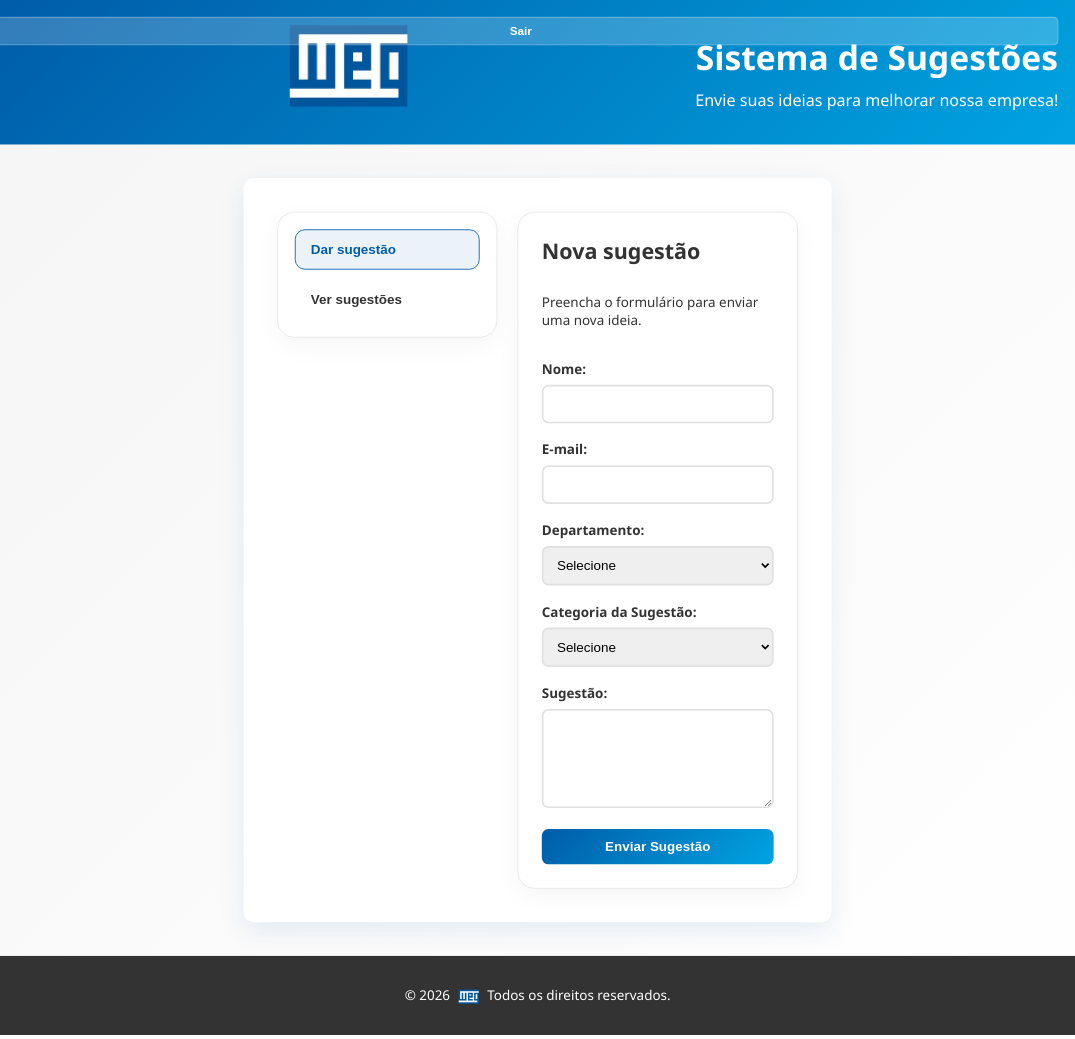
Repository: joaovg1/trabalhoideiasweg
Page: frontend/suggestions.html
An editor plug-in stored every save of this project. The page is shown before and after the next save, followed by the edit.
The browser window is 1280 px wide. The pictures show the whole page, at 84% of full size.
The page's requests for data from a server got no answer.

Above is the page before, as saved 2026-04-16 19:03:01.

### frontend/suggestions.html
<!DOCTYPE html>
<html lang="pt-BR">
<head>
    <meta charset="UTF-8">
    <meta name="viewport" content="width=device-width, initial-scale=1.0">
    <title>Sugestões - Sistema de Sugestões WEG</title>
    <link rel="stylesheet" href="style.css">
</head>
<body>
    <header>
        <div class="header-brand">
            <img class="logo-img" src="logo.png" alt="WEG">
            <div class="header-text">
                <h1>Sistema de Sugestões</h1>
                <p>Envie suas ideias para melhorar nossa empresa!</p>
            </div>
        </div>
        <button id="logout" class="logout-btn">Sair</button>
    </header>
    <main class="page-layout">
        <aside class="sidebar">
            <button class="sidebar-btn active" data-target="suggestionSection">Dar sugestão</button>
            <button class="sidebar-btn" data-target="viewSection">Ver sugestões</button>
            <button id="adminMenuBtn" class="sidebar-btn hidden" data-target="adminPanel">Dar permissão de admin</button>
        </aside>
        <section class="page-content">
            <section id="suggestionSection" class="content-section">
                <div class="section-header">
                    <h2>Nova sugestão</h2>
                    <p>Preencha o formulário para enviar uma nova ideia.</p>
                </div>
                <form id="suggestionForm" action="/submit-suggestion" method="POST">
                    <div class="form-group">
                        <label for="name">Nome:</label>
                        <input type="text" id="name" name="name" required>
                    </div>
                    <div class="form-group">
                        <label for="email">E-mail:</label>
                        <input type="email" id="email" name="email" required>
                    </div>
                    <div class="form-group">
                        <label for="department">Departamento:</label>
                        <select id="department" name="department">
                            <option value="">Selecione</option>
                            <option value="rh">Recursos Humanos</option>
                            <option value="ti">Tecnologia da Informação</option>
                            <option value="vendas">Vendas</option>
                            <option value="marketing">Marketing</option>
                            <option value="financeiro">Financeiro</option>
                            <option value="outros">Outros</option>
                        </select>
                    </div>
                    <div class="form-group">
                        <label for="category">Categoria da Sugestão:</label>
                        <select id="category" name="category" required>
                            <option value="">Selecione</option>
                            <option value="processos">Melhoria de Processos</option>
                            <option value="produtos">Novos Produtos/Serviços</option>
                            <option value="ambiente">Ambiente de Trabalho</option>
                            <option value="tecnologia">Tecnologia</option>
                            <option value="outros">Outros</option>
                        </select>
                    </div>
                    <div class="form-group">
                        <label for="suggestion">Sugestão:</label>
                        <textarea id="suggestion" name="suggestion" rows="5" required></textarea>
                    </div>
                    <button type="submit">Enviar Sugestão</button>
                </form>
            </section>

            <section id="viewSection" class="content-section hidden">
                <div class="section-header">
                    <h2>Últimas sugestões</h2>
                    <p>Aqui você vê as sugestões já enviadas com o nome do colaborador.</p>
                </div>
                <div id="suggestionCards" class="suggestion-cards">
                    <p class="empty-state">Carregando sugestões...</p>
                </div>
            </section>

            <section id="adminPanel" class="content-section admin-panel hidden">
                <div class="section-header">
                    <h2>Painel de Administrador</h2>
                    <p>Somente administradores podem promover outros usuários a admin.</p>
                </div>
                <form id="adminForm">
                    <div class="form-group">
                        <label for="adminEmail">E-mail do usuário:</label>
                        <input type="email" id="adminEmail" name="email" required>
                    </div>
                    <button type="submit">Promover a Admin</button>
                    <div id="adminMessage" class="message"></div>
                </form>
            </section>
        </section>
    </main>
    <footer>
        <p>&copy; 2026 <img class="footer-logo" src="logo.png" alt="WEG"> Todos os direitos reservados.</p>
    </footer>
    <script src="script.js"></script>
</body>
</html>

### frontend/style.css
/* WEG Colors */
:root {
    --weg-blue: #005CA9;
    --weg-light-blue: #00A3E0;
    --weg-white: #FFFFFF;
    --weg-gray: #F5F5F5;
    --weg-dark-gray: #333333;
    --weg-shadow: rgba(0, 92, 169, 0.1);
}

body {
    font-family: 'Segoe UI', Tahoma, Geneva, Verdana, sans-serif;
    margin: 0;
    padding: 0;
    background: linear-gradient(135deg, var(--weg-gray) 0%, var(--weg-white) 100%);
    color: var(--weg-dark-gray);
    min-height: 100vh;
    display: flex;
    flex-direction: column;
}

/* Login Page */
.login-container {
    display: flex;
    justify-content: center;
    align-items: center;
    min-height: 100vh;
    padding: 20px;
}

.login-card {
    background: var(--weg-white);
    border-radius: 12px;
    box-shadow: 0 10px 30px var(--weg-shadow);
    padding: 40px;
    width: 100%;
    max-width: 400px;
    text-align: center;
}

.logo h1 {
    color: var(--weg-blue);
    font-size: 3em;
    margin: 0;
    font-weight: bold;
}

.logo-img {
    width: 140px;
    max-width: 100%;
    height: auto;
    display: block;
    margin: 0 auto 15px auto;
}

.logo p {
    color: var(--weg-light-blue);
    font-size: 1.2em;
    margin: 10px 0 30px 0;
}

.header-brand {
    display: flex;
    align-items: center;
    justify-content: center;
    gap: 18px;
    flex-wrap: wrap;
}

.header-brand .header-text {
    text-align: center;
}

.header-brand h1 {
    margin: 0;
    font-size: 2.5em;
}

.footer-logo {
    width: 24px;
    height: auto;
    vertical-align: middle;
    margin: 0 6px;
}

/* General Form Styles */
.form-group {
    margin-bottom: 20px;
    text-align: left;
}

label {
    display: block;
    margin-bottom: 8px;
    font-weight: 600;
    color: var(--weg-dark-gray);
}

input, select, textarea {
    width: 100%;
    padding: 12px;
    border: 2px solid #e0e0e0;
    border-radius: 8px;
    box-sizing: border-box;
    font-size: 16px;
    transition: border-color 0.3s ease;
}

input:focus, select:focus, textarea:focus {
    outline: none;
    border-color: var(--weg-blue);
    box-shadow: 0 0 0 3px rgba(0, 92, 169, 0.1);
}

textarea {
    resize: vertical;
    min-height: 100px;
}

button {
    background: linear-gradient(135deg, var(--weg-blue) 0%, var(--weg-light-blue) 100%);
    color: var(--weg-white);
    padding: 12px 24px;
    border: none;
    border-radius: 8px;
    cursor: pointer;
    font-size: 16px;
    font-weight: 600;
    width: 100%;
    transition: transform 0.2s ease, box-shadow 0.2s ease;
}

button:hover {
    transform: translateY(-2px);
    box-shadow: 0 5px 15px var(--weg-shadow);
}

.forgot-password {
    margin-top: 20px;
    font-size: 14px;
}

.forgot-password a {
    color: var(--weg-blue);
    text-decoration: none;
}

/* ... existing styles ... */

.form-section h2 {
    color: var(--weg-blue);
    margin-bottom: 20px;
}

.hidden {
    display: none;
}

.message {
    margin-top: 20px;
    font-weight: bold;
}

.toggle-link {
    margin-top: 15px;
    font-size: 14px;
}

.toggle-link a {
    color: var(--weg-blue);
    text-decoration: none;
}

..toggle-link a:hover {
    text-decoration: underline;
}

.suggestion-list {
    margin-top: 40px;
}

.page-layout {
    display: flex;
    gap: 24px;
    width: 100%;
    padding: 40px;
    box-sizing: border-box;
}

.sidebar {
    min-width: 220px;
    background: var(--weg-white);
    border: 1px solid #e5e5e5;
    border-radius: 20px;
    box-shadow: 0 10px 30px rgba(0, 0, 0, 0.04);
    padding: 20px;
    display: flex;
    flex-direction: column;
    gap: 12px;
    height: fit-content;
}

.sidebar-btn {
    background: transparent;
    border: 1px solid transparent;
    color: var(--weg-dark-gray);
    text-align: left;
    padding: 14px 18px;
    border-radius: 12px;
    font-weight: 700;
    cursor: pointer;
    transition: background 0.2s ease, border-color 0.2s ease, color 0.2s ease;
}

.sidebar-btn:hover,
.sidebar-btn.active {
    background: rgba(0, 92, 169, 0.08);
    border-color: var(--weg-blue);
    color: var(--weg-blue);
}

.page-content {
    flex: 1;
    display: flex;
    flex-direction: column;
    gap: 24px;
}

.content-section {
    background: var(--weg-white);
    border-radius: 20px;
    border: 1px solid #e5e5e5;
    box-shadow: 0 10px 30px rgba(0, 0, 0, 0.04);
    padding: 28px;
}

.section-header {
    margin-bottom: 20px;
    display: flex;
    justify-content: space-between;
    align-items: center;
    gap: 16px;
    flex-wrap: wrap;
}

.section-header h2 {
    margin: 0;
    font-size: 1.6rem;
    color: var(--weg-dark-gray);
}

.suggestion-cards {
    display: grid;
    gap: 18px;
}

.suggestion-card {
    background: #f8fbff;
    border: 1px solid #d7e7f7;
    border-radius: 12px;
    padding: 18px;
}

.suggestion-meta {
    display: flex;
    justify-content: space-between;
    gap: 16px;
    flex-wrap: wrap;
    margin-bottom: 12px;
}

.suggestion-name {
    font-weight: 700;
    color: var(--weg-blue);
}

.suggestion-category {
    color: var(--weg-light-blue);
    font-weight: 600;
}

.suggestion-text {
    margin: 0 0 12px 0;
    color: var(--weg-dark-gray);
}

.suggestion-footer {
    display: flex;
    flex-wrap: wrap;
    gap: 14px;
    color: #5d6d7b;
    font-size: 0.95rem;
}

.empty-state {
    color: #5d6d7b;
    font-size: 1rem;
    padding: 20px 0;
    text-align: center;
}

/* Suggestions Page */
header {
    background: linear-gradient(135deg, var(--weg-blue) 0%, var(--weg-light-blue) 100%);
    color: var(--weg-white);
    text-align: center;
    padding: 30px 20px;
    position: relative;
}

header h1 {
    margin: 0;
    font-size: 2.5em;
    font-weight: bold;
}

header p {
    font-size: 1.2em;
    margin: 10px 0 0 0;
}

.logout-btn {
    position: absolute;
    top: 20px;
    right: 20px;
    background: rgba(255, 255, 255, 0.2);
    color: var(--weg-white);
    border: 1px solid rgba(255, 255, 255, 0.3);
    padding: 8px 16px;
    border-radius: 6px;
    cursor: pointer;
    font-size: 14px;
    transition: background 0.3s ease;
}

.logout-btn:hover {
    background: rgba(255, 255, 255, 0.3);
}

main {
    max-width: 700px;
    margin: 40px auto;
    padding: 30px;
    background: var(--weg-white);
    border-radius: 12px;
    box-shadow: 0 10px 30px var(--weg-shadow);
    flex: 1;
}

footer {
    text-align: center;
    padding: 20px;
    background: var(--weg-dark-gray);
    color: var(--weg-white);
    margin-top: auto;
}

### frontend/script.js
// Toggle between login and register forms
if (document.getElementById('showRegister')) {
    document.getElementById('showRegister').addEventListener('click', function(e) {
        e.preventDefault();
        document.getElementById('loginForm').classList.add('hidden');
        document.getElementById('registerForm').classList.remove('hidden');
        document.getElementById('message').textContent = '';
    });
}

if (document.getElementById('showLogin')) {
    document.getElementById('showLogin').addEventListener('click', function(e) {
        e.preventDefault();
        document.getElementById('registerForm').classList.add('hidden');
        document.getElementById('loginForm').classList.remove('hidden');
        document.getElementById('message').textContent = '';
    });
}

// Login functionality
if (document.getElementById('login')) {
    document.getElementById('login').addEventListener('submit', async function(event) {
        event.preventDefault();

        const formData = new FormData(this);
        const data = Object.fromEntries(formData);

        try {
            const response = await fetch('/login', {
                method: 'POST',
                headers: {
                    'Content-Type': 'application/json',
                },
                body: JSON.stringify(data),
            });

            const result = await response.json();

            if (response.ok) {
                window.location.href = '/suggestions';
            } else {
                document.getElementById('message').textContent = result.error;
                document.getElementById('message').style.color = 'red';
            }
        } catch (error) {
            document.getElementById('message').textContent = 'Erro de conexão.';
            document.getElementById('message').style.color = 'red';
        }
    });
}

// Register functionality
if (document.getElementById('register')) {
    document.getElementById('register').addEventListener('submit', async function(event) {
        event.preventDefault();

        const formData = new FormData(this);
        const data = Object.fromEntries(formData);

        try {
            const response = await fetch('/register', {
                method: 'POST',
                headers: {
                    'Content-Type': 'application/json',
                },
                body: JSON.stringify(data),
            });

            const result = await response.json();

            if (response.ok) {
                document.getElementById('message').textContent = 'Conta criada com sucesso! Faça login.';
                document.getElementById('message').style.color = 'green';
                document.getElementById('registerForm').classList.add('hidden');
                document.getElementById('loginForm').classList.remove('hidden');
            } else {
                document.getElementById('message').textContent = result.error;
                document.getElementById('message').style.color = 'red';
            }
        } catch (error) {
            document.getElementById('message').textContent = 'Erro de conexão.';
            document.getElementById('message').style.color = 'red';
        }
    });
}

// Logout functionality
if (document.getElementById('logout')) {
    document.getElementById('logout').addEventListener('click', async function() {
        try {
            const response = await fetch('/logout', {
                method: 'POST',
            });

            if (response.ok) {
                window.location.href = '/';
            }
        } catch (error) {
            console.error('Erro ao fazer logout:', error);
        }
    });
}

// Suggestion form functionality
if (document.getElementById('suggestionForm')) {
    document.getElementById('suggestionForm').addEventListener('submit', async function(event) {
        event.preventDefault();

        const formData = new FormData(this);
        const data = Object.fromEntries(formData);

        try {
            const response = await fetch('/submit-suggestion', {
                method: 'POST',
                headers: {
                    'Content-Type': 'application/json',
                },
                body: JSON.stringify(data),
            });

            const result = await response.json();

            if (response.ok) {
                alert('Sugestão enviada com sucesso! Obrigado pela sua contribuição.');
                this.reset();
            } else {
                alert(result.error);
            }
        } catch (error) {
            alert('Erro de conexão.');
        }
    });

    loadUserContext();
    loadSuggestions();
}

if (document.getElementById('adminForm')) {
    document.getElementById('adminForm').addEventListener('submit', async function(event) {
        event.preventDefault();

        const formData = new FormData(this);
        const data = Object.fromEntries(formData);
        const messageEl = document.getElementById('adminMessage');

        try {
            const response = await fetch('/promote-admin', {
                method: 'POST',
                headers: {
                    'Content-Type': 'application/json',
                },
                body: JSON.stringify(data),
            });

            const result = await response.json();
            if (response.ok) {
                messageEl.textContent = result.message || 'Usuário promovido a administrador.';
                messageEl.style.color = 'green';
                this.reset();
            } else {
                messageEl.textContent = result.error;
                messageEl.style.color = 'red';
            }
        } catch (error) {
            messageEl.textContent = 'Erro de conexão.';
            messageEl.style.color = 'red';
        }
    });
}

async function loadUserContext() {
    try {
        const response = await fetch('/current-user');
        const result = await response.json();

        if (!response.ok) {
            return;
        }

        if (result.accessRole === 'admin') {
            const adminButton = document.getElementById('adminMenuBtn');
            if (adminButton) {
                adminButton.classList.remove('hidden');
            }
        }

        setupSidebar();
    } catch (error) {
        console.error('Erro ao carregar dados do usuário:', error);
    }
}

function setupSidebar() {
    const buttons = document.querySelectorAll('.sidebar-btn');
    buttons.forEach(button => {
        button.addEventListener('click', () => {
            buttons.forEach(btn => btn.classList.remove('active'));
            button.classList.add('active');
            showSidebarSection(button.dataset.target);
        });
    });
}

function showSidebarSection(targetId) {
    const sections = document.querySelectorAll('.content-section');
    sections.forEach(section => {
        if (section.id === targetId) {
            section.classList.remove('hidden');
        } else {
            section.classList.add('hidden');
        }
    });
}

async function loadSuggestions() {
    const suggestionCards = document.getElementById('suggestionCards');
    if (!suggestionCards) return;

    try {
        const response = await fetch('/suggestions-data');
        const result = await response.json();

        if (!response.ok) {
            suggestionCards.innerHTML = `<p class="empty-state">${result.error || 'Não foi possível carregar sugestões.'}</p>`;
            return;
        }

        if (!result.suggestions || result.suggestions.length === 0) {
            suggestionCards.innerHTML = '<p class="empty-state">Nenhuma sugestão registrada ainda.</p>';
            return;
        }

        suggestionCards.innerHTML = result.suggestions.map(item => `
            <article class="suggestion-card">
                <div class="suggestion-meta">
                    <div class="suggestion-name">${item.name}</div>
                    <div class="suggestion-category">${item.category}</div>
                </div>
                <p class="suggestion-text">${item.suggestion}</p>
                <div class="suggestion-footer">
                    <span>${item.email}</span>
                    <span>${item.department || 'Departamento não informado'}</span>
                    <span>Enviado por: ${item.registered_by || 'Anônimo'}</span>
                </div>
            </article>
        `).join('');
    } catch (error) {
        suggestionCards.innerHTML = '<p class="empty-state">Erro ao carregar sugestões.</p>';
    }
}

After the next save:
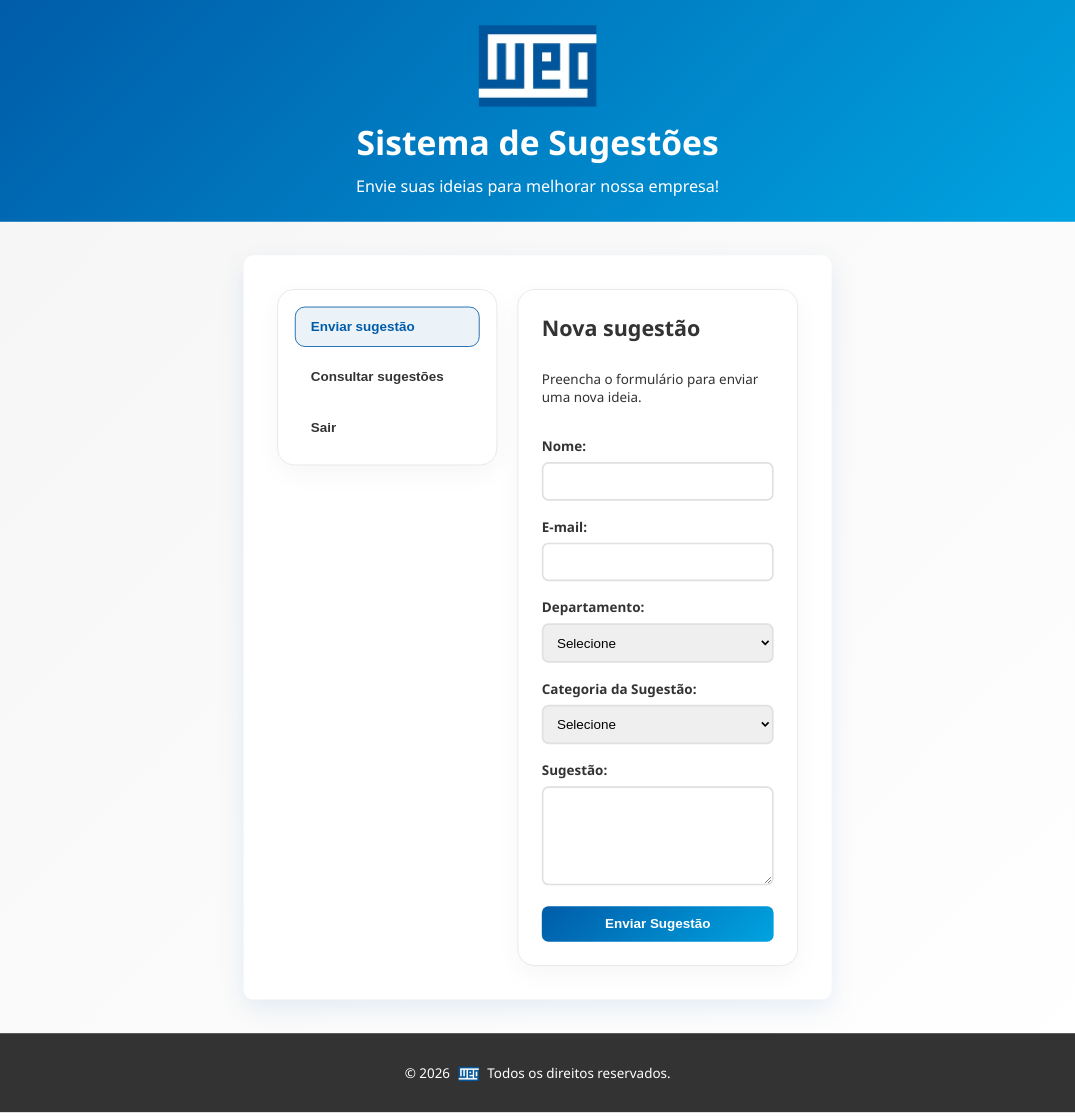
Saved 2 min 14 s later.
--- a/frontend/suggestions.html
+++ b/frontend/suggestions.html
@@ -8,20 +8,20 @@
 </head>
 <body>
     <header>
-        <div class="header-brand">
+        <div class="header-left">
             <img class="logo-img" src="logo.png" alt="WEG">
-            <div class="header-text">
-                <h1>Sistema de Sugestões</h1>
-                <p>Envie suas ideias para melhorar nossa empresa!</p>
-            </div>
         </div>
-        <button id="logout" class="logout-btn">Sair</button>
+        <div class="header-center">
+            <h1>Sistema de Sugestões</h1>
+            <p>Envie suas ideias para melhorar nossa empresa!</p>
+        </div>
     </header>
     <main class="page-layout">
         <aside class="sidebar">
-            <button class="sidebar-btn active" data-target="suggestionSection">Dar sugestão</button>
-            <button class="sidebar-btn" data-target="viewSection">Ver sugestões</button>
-            <button id="adminMenuBtn" class="sidebar-btn hidden" data-target="adminPanel">Dar permissão de admin</button>
+            <button class="sidebar-btn active" data-target="suggestionSection">Enviar sugestão</button>
+            <button class="sidebar-btn" data-target="viewSection">Consultar sugestões</button>
+            <button id="adminMenuBtn" class="sidebar-btn hidden" data-target="adminPanel">Gerenciar administradores</button>
+            <button id="logout" class="sidebar-btn logout-button">Sair</button>
         </aside>
         <section class="page-content">
             <section id="suggestionSection" class="content-section">
@@ -81,15 +81,15 @@
 
             <section id="adminPanel" class="content-section admin-panel hidden">
                 <div class="section-header">
-                    <h2>Painel de Administrador</h2>
-                    <p>Somente administradores podem promover outros usuários a admin.</p>
+                    <h2>Gerenciar administradores</h2>
+                    <p>Somente administradores podem atribuir permissões de admin a outros usuários.</p>
                 </div>
                 <form id="adminForm">
                     <div class="form-group">
                         <label for="adminEmail">E-mail do usuário:</label>
                         <input type="email" id="adminEmail" name="email" required>
                     </div>
-                    <button type="submit">Promover a Admin</button>
+                    <button type="submit">Conceder permissão de admin</button>
                     <div id="adminMessage" class="message"></div>
                 </form>
             </section>
